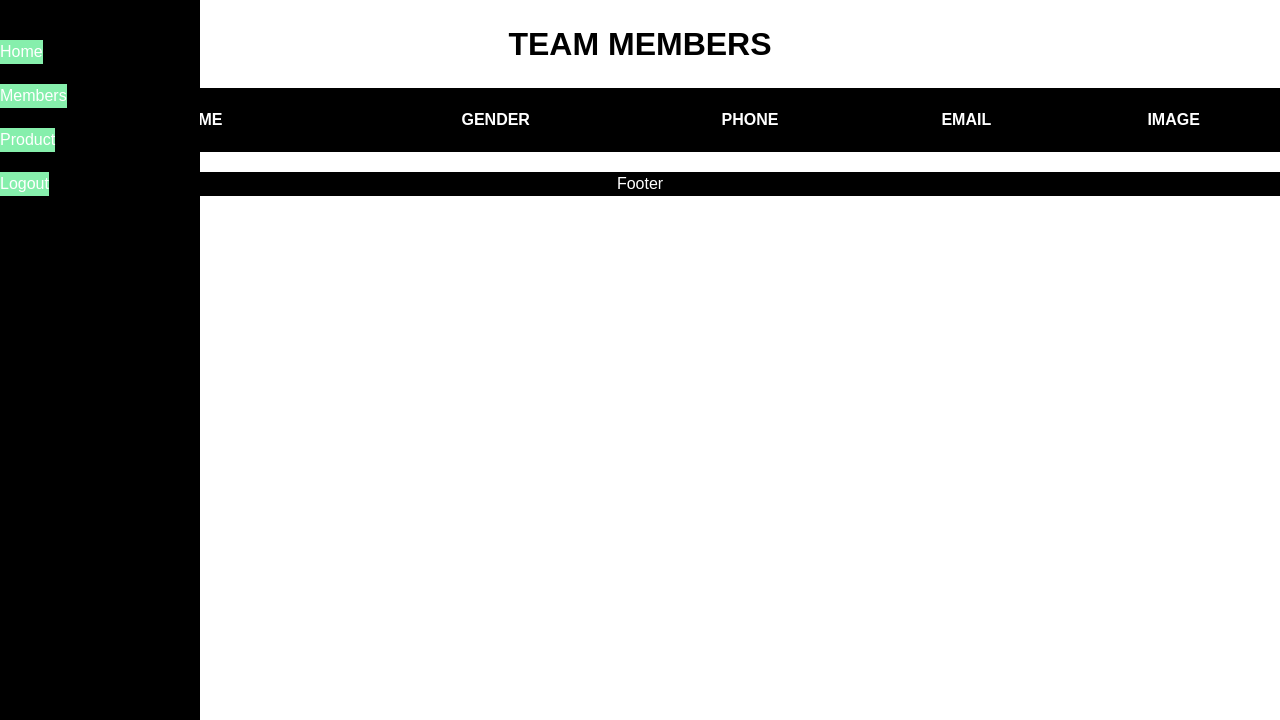
Repository: Eugene44-hub/SHRGroup46-capstone
Page: /members
An editor plug-in stored every save of this project. The page is shown before and after the next save, followed by the edit.
The browser window is 1280 px wide. The pictures show the whole page.
The page's requests for data from a server got no answer. The project was rebuilt for these pictures with package versions that can differ from the ones it lists, and the page was loaded fresh each time. No one was signed in, and anything a server would have sent is missing.

Above is the page before, as saved 2022-05-19 15:30:27.

### src/index.css
@tailwind base;
@tailwind components;
@tailwind utilities;
@import url('https://fonts.googleapis.com/css2?family=Poppins:wght@300;400;500;700&display=swap');
body {
    font-family: 'Poppins', sans-serif;
}

code {
    font-family: source-code-pro, Menlo, Monaco, Consolas, 'Courier New', monospace;
}

* {
    margin: 0;
    padding: 0;
    box-sizing: border-box;
}

@layer components {
    .tax {
        @apply text-sm font-medium
    }
    .taxPrice {
        @apply font-extralight
    }
}

### src/App.js
import React from 'react'
import { lazy, Suspense, useEffect, useState } from "react";
import { Route, Routes,BrowserRouter as Router } from "react-router-dom";

//read through comments on each component and pages to understand properly

// only tailwind and css modules are used in this project, any additional libraries should be told to the lead before installation

//Note: you can use normal import statement on the pages. Lazy load is for only Routing pages

// API's too have been fetched in utility folder you can import and use with the syntax below

import { fetchAllData,fetchCompanyQuantity,fetchPersonQuantity,fetchProductQuantity } from "./utilities/apis";
// fetchAllData(input endpoint here to fetch all data).then(data =>console.log(data) )
// fetchPersonQuantity(input quantity here to fetch an amount of data).then(data =>console.log(data) )
// fetchProductQuantity(input quantity here to fetch an amount of data).then(data =>console.log(data) )
// fetchCompanyQuantity(input quantity here to fetch an amount of data).then(data =>console.log(data) )

// endpoints are as follows:
// https://fakerapi.it/api/v1/products?_quantity=1
// https://fakerapi.it/api/v1/companies?_quantity=1
// https://fakerapi.it/api/v1/persons?_quantity=10
// https://fakerapi.it/api/v1/products
// https://fakerapi.it/api/v1/companies
// https://fakerapi.it/api/v1/persons

// check utilities folder for more details on the api functions

// happy coding


const Nav=lazy(()=>import('./components/nav/Nav'));
const Home=lazy(()=>import('./pages/home/Home'));
const Dashboard=lazy(()=>import('./pages/dashboard/Dashboard'))
const Members=lazy(()=>import('./pages/members/Members'))
const Product=lazy(()=>import('./pages/product/Product'))
const Login=lazy(()=>import('./pages/login/Login'))
const Footer=lazy(()=>import('./components/footer/Footer'))



const quantity = 12;

function App() {

  const[products, setProducts] = useState('')
  const [members,setMembers]=useState(null)

  useEffect(() => {
    fetchProductQuantity(quantity).then(data =>setProducts(data.data) )
    fetchAllData("https://fakerapi.it/api/v1/persons").then(data =>setMembers(data))
  }, [])

  return (
    <div className="App">

<Suspense fallback={<h1>Loading...</h1>}>
  <Router>
  <Nav/>

<Routes>
<Route path="/" element={<Home/>} />
<Route path="/product" element={<Product products = {products}/>} />
<Route path="/dashboard" element={<Dashboard/>} />
<Route path="/login" element={<Login/>} />
<Route path="/members" element={<Members members={members}/>} />
</Routes>
</Router>
<Footer/>
</Suspense>
    </div>
  );
}

export default App;

### src/utilities/apis.js
//this function takes in the url as an argument in string format

export const fetchAllData = async(url) => {
    const response = await fetch(url);
    const data = await response.json();
    return data;
}

//

// this part take in the quantity as an argument in integer format
export const fetchPersonQuantity = async(quantity) => {
    const response = await fetch(`https://fakerapi.it/api/v1/persons?_quantity=${quantity}`);
    const data = await response.json();
    return data;
}

export const fetchCompanyQuantity = async(quantity) => {

    const response = await fetch(`https://fakerapi.it/api/v1/companies?_quantity=${quantity}`);
    const data = await response.json();
    return data;
}

export const fetchProductQuantity = async(quantity) => {
    const response = await fetch(`https://fakerapi.it/api/v1/products?_quantity=${quantity}`);
    const data = await response.json();
    return data;
}



// https://fakerapi.it/api/v1/products?_quantity=1
// https://fakerapi.it/api/v1/companies?_quantity=1
// https://fakerapi.it/api/v1/persons?_quantity=10

### src/components/nav/Nav.jsx
import React from 'react'
import { useNavigate } from 'react-router-dom'

import styles from './Nav.module.css'
const navItems=[{
  item:'Home',
  url:'/'
},
{
  item:'members',
  url:'/'
},
{
  item:'product',
  url:'/'
},
{
  item:'logout',
  url:'/'
}]
const Nav = () => {
  const navigate=useNavigate()
  return (
    <nav className={`${styles.nav} `}>
      <div className='fixed w-[200px] bg-black z-50 pt-5 top-0 h-full'>
      <ul>

{navItems.map((navItem,index)=>(<li className='my-5'>
  <button className='capitalize bg-green-300' onClick={()=>navigate(navItem.url)}>{navItem.item}</button>
</li>))}
<li>

</li>
</ul>
      </div>

    </nav>
  )
}

export default Nav

### src/pages/members/Members.jsx
import React from 'react'
//components should be imported from here if needed
// make use of your normal import statement here to import components
// make use of the css module folder or tailwind or you can use inline styles
// check the sample on nav and footer for css modules


const Members = ({members}) => {

console.log(members);
  return (
    <section className='my-5'>
    <div className='container'>
    <header className='md:text-[2rem] text-center font-bold uppercase mb-5'>
      Team members
    </header>
<table className='w-full text-white'>
 <thead>


    <tr className='bg-black border-white'>
      <th className='text-center  py-5 text-[.5rem] md:text-[1rem] uppercase'>fullname</th>
      <th className='text-center py-5 text-[.5rem] md:text-[1rem] uppercase'>gender</th>
      <th className='text-center py-5 text-[.5rem] md:text-[1rem] uppercase'>phone</th>
      <th className='text-center py-5 text-[.5rem] md:text-[1rem] uppercase'>email</th>
      <th className='text-center py-5 text-[.5rem] md:text-[1rem] uppercase'>image</th>
    </tr>
    </thead>

<tbody>
  {members&&members.data.map((member,index) => (
      <tr key={index} style={{backgroundColor:index%2===0?"lightgrey":"black", color:index%2===0?"black":"white"}} className="py-5 shadow-lg mb-5">
      <td className=' text-center text-[.5rem] md:text-[1rem]'>
      {member.firstname} {member.lastname}
      </td>
      <td className=' text-center text-[.5rem] md:text-[1rem] capitalize'>
      {member.gender}
      </td>
      <td className=' text-center text-[.5rem] md:text-[1rem]'>
      {member.phone}
      </td>
      <td className=' text-center text-[.5rem] md:text-[1rem]'>
      {member.email}
      </td>
      <td className=' py-2  text-center text-[.5rem] md:text-[1rem]'>
      <img src={member.image} className="w-[50px] mx-auto h-[50px] rounded-full" alt="" />
      </td>
      </tr>
      ))}
</tbody>

</table>

    </div>

    </section>
  )
}

export default Members

### src/components/footer/Footer.jsx
import React from 'react'
import styles from "./Footer.module.css"
const Footer = () => {
  return (
    <footer className={styles.footer}>Footer</footer>
  )
}

export default Footer

### src/components/nav/Nav.module.css
/** @format */

nav {
    /* height: 300px; */
    background-color: black;
    color: white;
}

### src/components/footer/Footer.module.css
/** @format */

footer {
  /* height: 300px; */
  background-color: black;
  color: white;
  text-align: center;
}

Loaded but not shown: public/index.html (common file); src/index.js (common file); tailwind.config.js (common file)

After the next save:
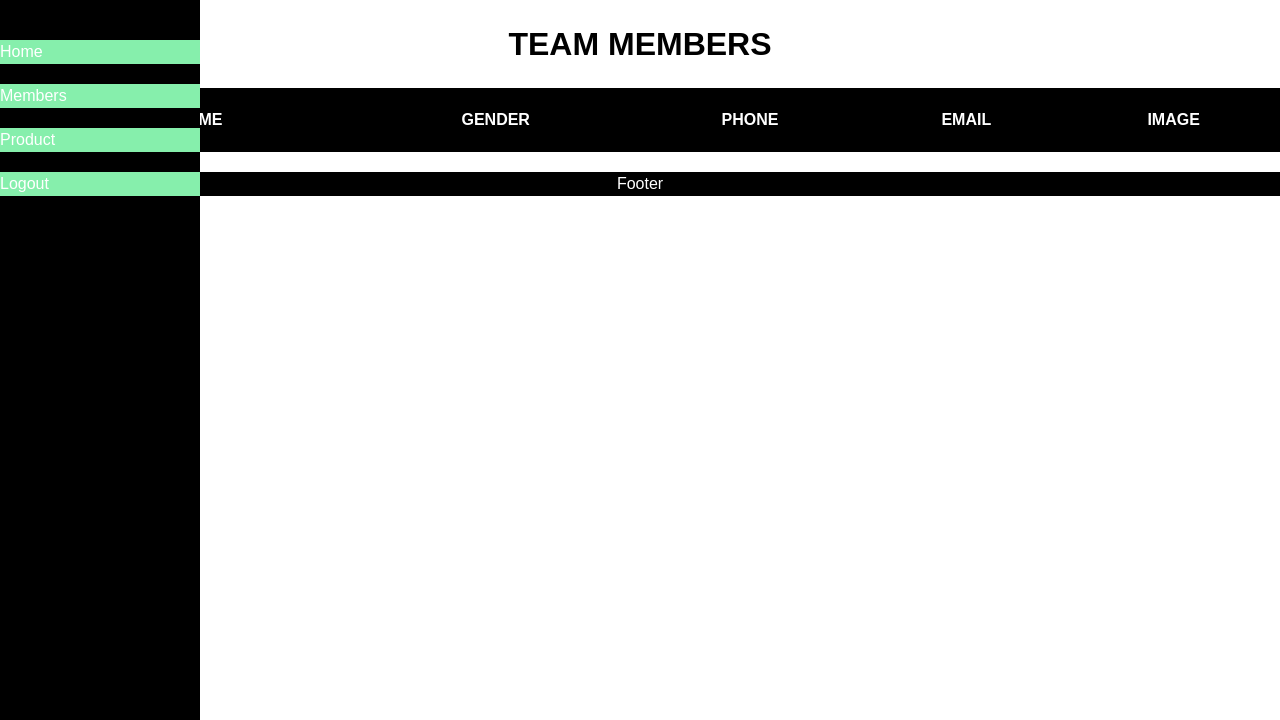
Saved 20 s later.
--- a/src/components/nav/Nav.jsx
+++ b/src/components/nav/Nav.jsx
@@ -25,8 +25,8 @@ const Nav = () => {
       <div className='fixed w-[200px] bg-black z-50 pt-5 top-0 h-full'>
       <ul>
 
-{navItems.map((navItem,index)=>(<li className='my-5'>
-  <button className='capitalize bg-green-300' onClick={()=>navigate(navItem.url)}>{navItem.item}</button>
+{navItems.map((navItem,index)=>(<li className='my-5 bg-green-300'>
+  <button className='capitalize ' onClick={()=>navigate(navItem.url)}>{navItem.item}</button>
 </li>))}
 <li>
 
